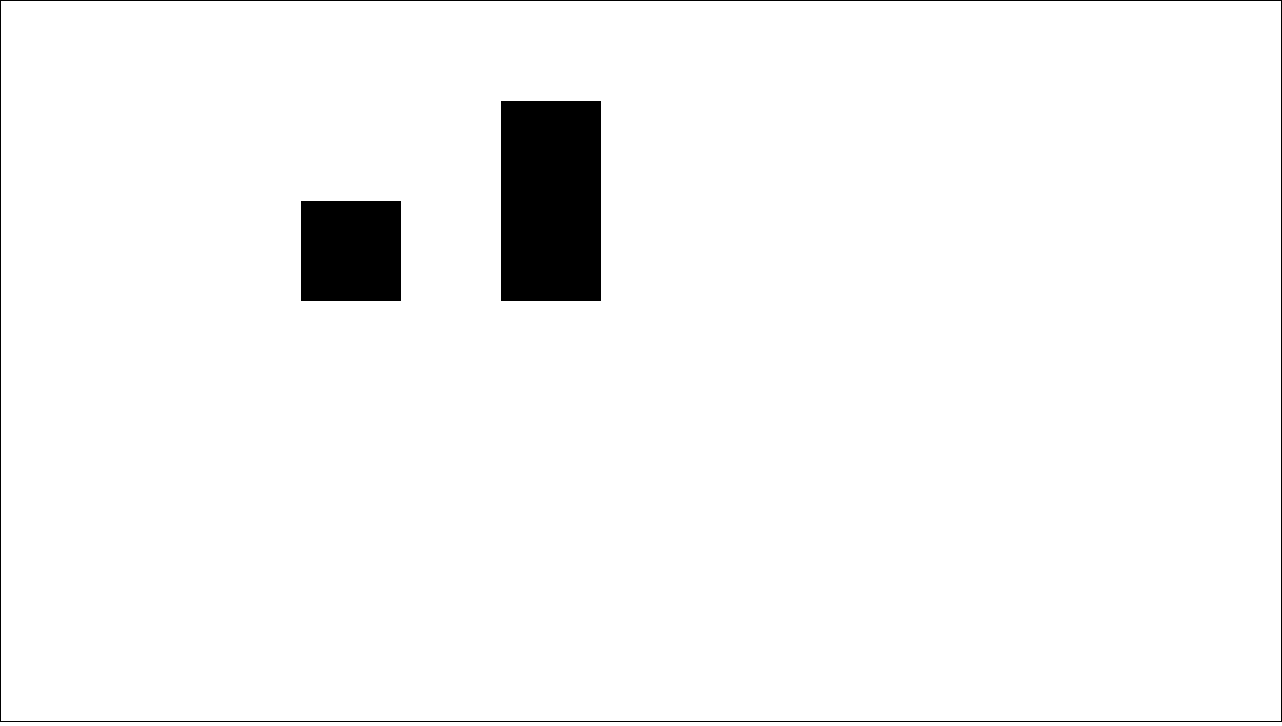
Repository: badhon252/Javascript-practice
Page: 1projects/JavaScript30/08 - Fun with HTML5 Canvas/index-START.html
These files come from the project's save history. The page is drawn as it stood at one moment and after the next save; the edit follows.
The browser window is 1280 px wide. The page is 1282 px wide, so the pictures cover 1282 px, including what lies to the right of the window. The pictures show the whole page.

Above is the page before, as saved 2022-12-02 23:34:17.

### 1projects/JavaScript30/08 - Fun with HTML5 Canvas/index-START.html
<!DOCTYPE html>
<html lang="en">

<head>
    <meta charset="UTF-8">
    <title>HTML5 Canvas</title>
</head>

<body>
    <canvas id="draw" width="800" height="800"></canvas>
    <script>
    </script>

    <style>
        html,
        body {
            margin: 0;
            padding: 0;
        }

        #draw {
            border: 1px solid black;
        }
    </style>

    <script>
        console.log("first")
        const canvas = document.querySelector("#draw");
        const ctx = canvas.getContext("2d")

        canvas.width = window.innerWidth;
        canvas.height = window.innerHeight;

        // ctx.fillRect(x, y, width, height)
        ctx.fillRect(500, 100, 100, 100);
        ctx.fillRect(300, 200, 100, 100);
        ctx.fillRect(500, 200, 100, 100);
    </script>
</body>

</html>

After the next save:
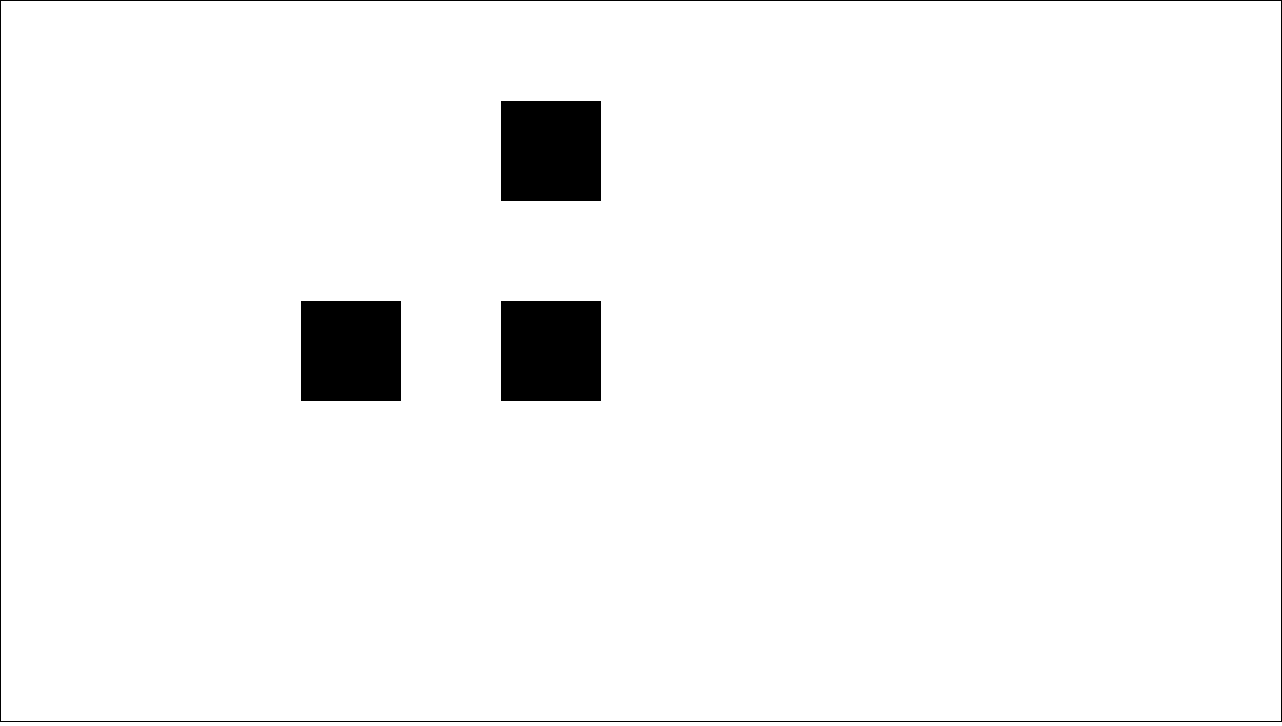
Saved 8 s later.
--- a/1projects/JavaScript30/08 - Fun with HTML5 Canvas/index-START.html
+++ b/1projects/JavaScript30/08 - Fun with HTML5 Canvas/index-START.html
@@ -33,8 +33,8 @@
 
         // ctx.fillRect(x, y, width, height)
         ctx.fillRect(500, 100, 100, 100);
-        ctx.fillRect(300, 200, 100, 100);
-        ctx.fillRect(500, 200, 100, 100);
+        ctx.fillRect(300, 300, 100, 100);
+        ctx.fillRect(500, 300, 100, 100);
     </script>
 </body>
 
